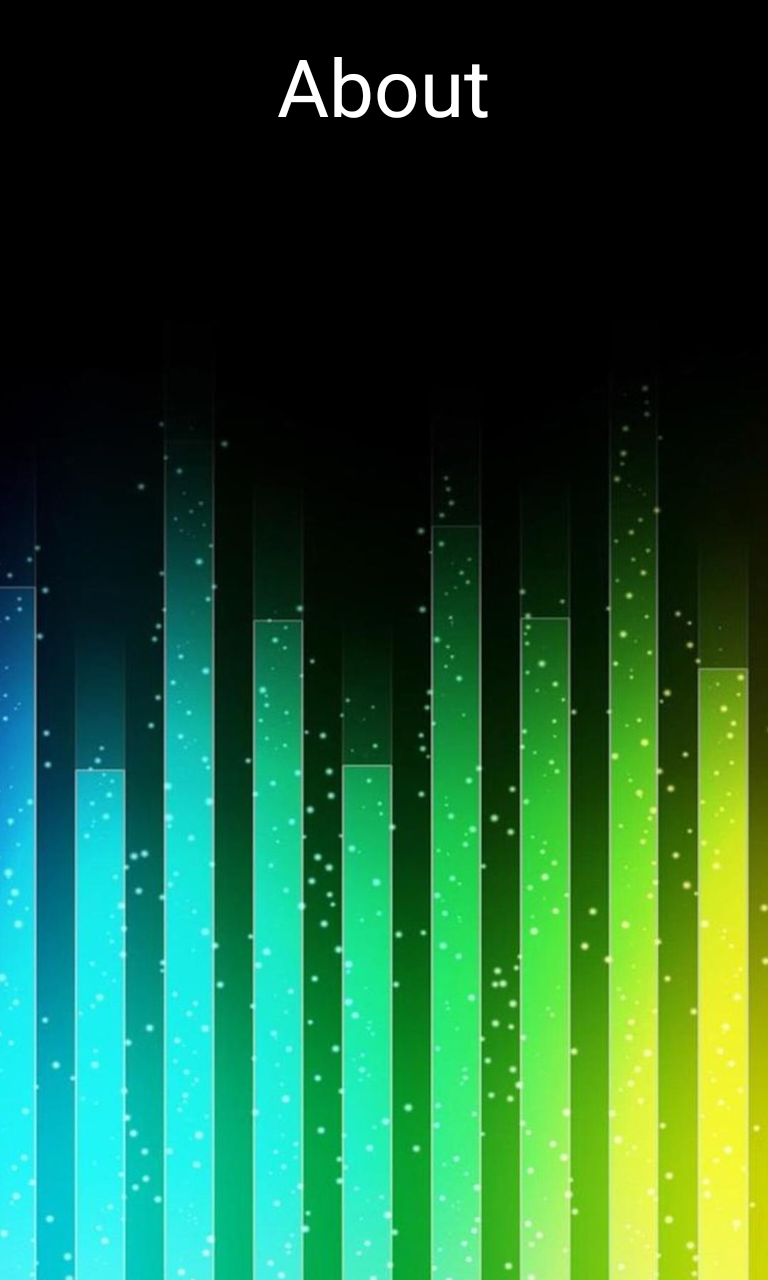
Repository: SoundBoardJAMJ/Project
Layout: workspace/SoundBoard/res/layout/about.xml
The author's editor kept a copy of each file at every save. The layout is drawn from the files as they stood at one save, then again after the next save.
It is drawn on a 768 x 1280 px phone screen (xhdpi) without system bars, with theme AppTheme; the app's code is not run.

Above is the layout before, as saved 2014-05-02 07:00:10.

### workspace/SoundBoard/res/layout/about.xml
<RelativeLayout xmlns:android="http://schemas.android.com/apk/res/android"
    xmlns:tools="http://schemas.android.com/tools"
    android:layout_width="match_parent"
    android:layout_height="match_parent"
    android:background="@drawable/image3"
    android:paddingBottom="@dimen/activity_vertical_margin"
    android:paddingLeft="@dimen/activity_horizontal_margin"
    android:paddingRight="@dimen/activity_horizontal_margin"
    android:paddingTop="@dimen/activity_vertical_margin"
    tools:context="com.example.soundboard.About$PlaceholderFragment" >

    <TextView
        android:id="@+id/textView1"
        android:layout_width="wrap_content"
        android:layout_height="wrap_content"
        android:layout_alignParentTop="true"
        android:layout_centerHorizontal="true"
        android:alpha="1.0"
        android:text="About"
        android:textColor="@android:color/white"
        android:textSize="40sp"
        android:typeface="normal" />


</RelativeLayout>

Loaded but not shown: workspace/SoundBoard/res/values/styles.xml (common file); workspace/SoundBoard/res/values-v11/styles.xml (common file); workspace/SoundBoard/res/values-v14/styles.xml (common file); workspace/SoundBoard/res/values/dimens.xml (common file); workspace/SoundBoard/res/values-w820dp/dimens.xml (common file)

After the next save:
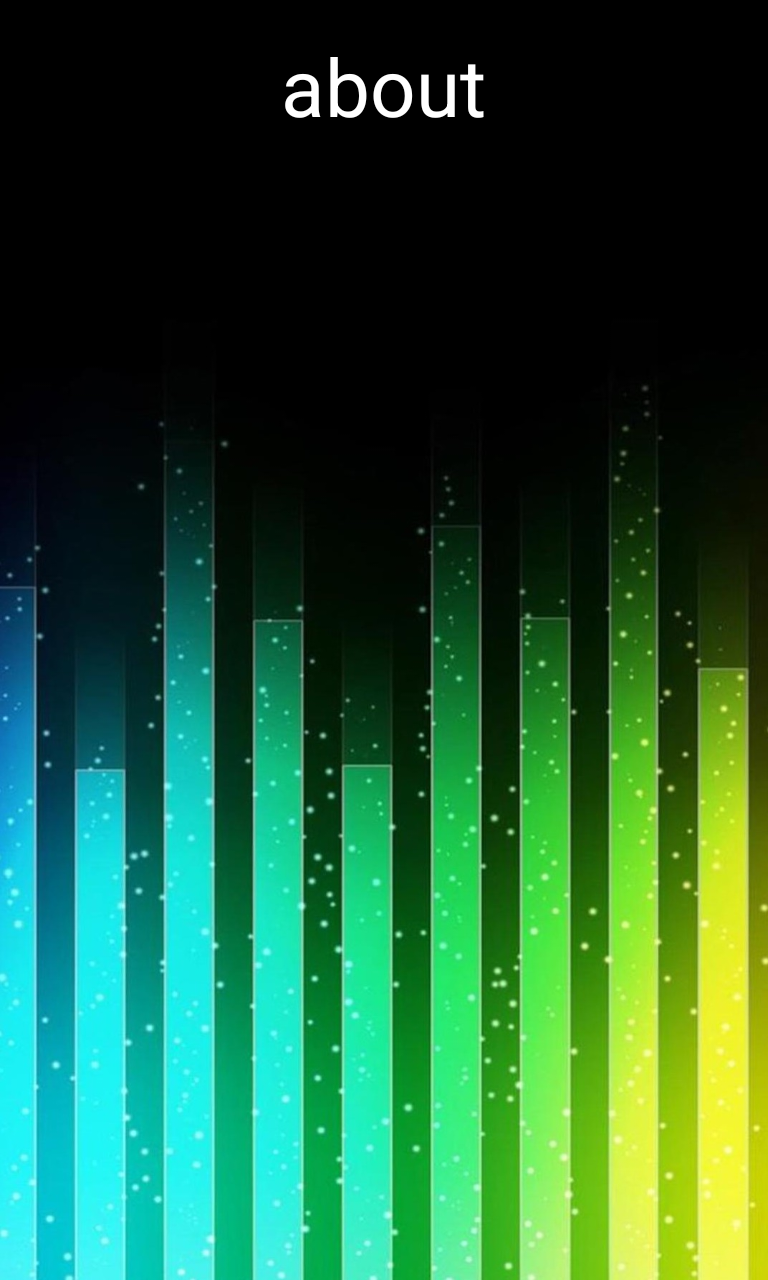
Saved 8 min 48 s later.
--- a/workspace/SoundBoard/res/layout/about.xml
+++ b/workspace/SoundBoard/res/layout/about.xml
@@ -16,7 +16,7 @@
         android:layout_alignParentTop="true"
         android:layout_centerHorizontal="true"
         android:alpha="1.0"
-        android:text="About"
+        android:text="about"
         android:textColor="@android:color/white"
         android:textSize="40sp"
         android:typeface="normal" />
